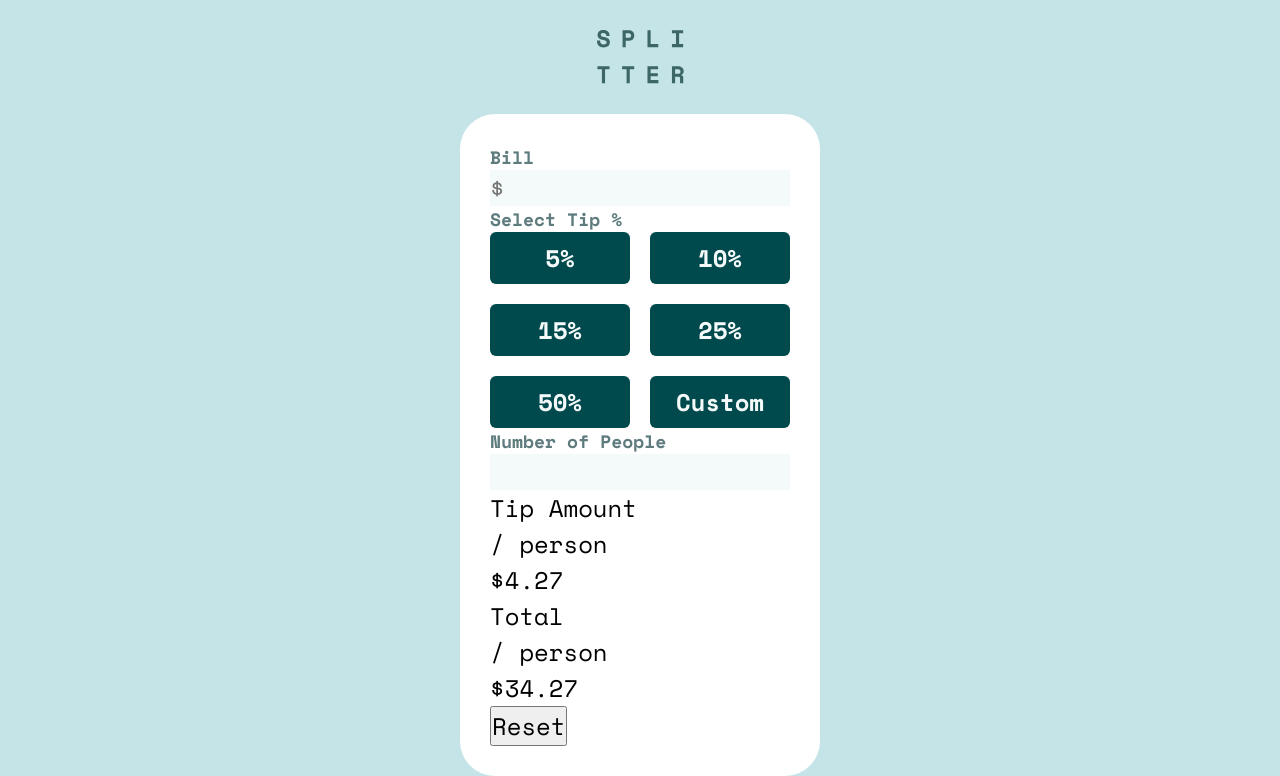
Repository: tomas938/tipcalculator
Page: /
An editor plug-in stored every save of this project. The page is shown before and after the next save, followed by the edit.
The browser window is 1280 px wide. The pictures show the whole page.
The project was rebuilt for these pictures with package versions that can differ from the ones it lists, and the page was loaded fresh each time.

Above is the page before, as saved 2021-08-03 22:30:53.

After the next save:
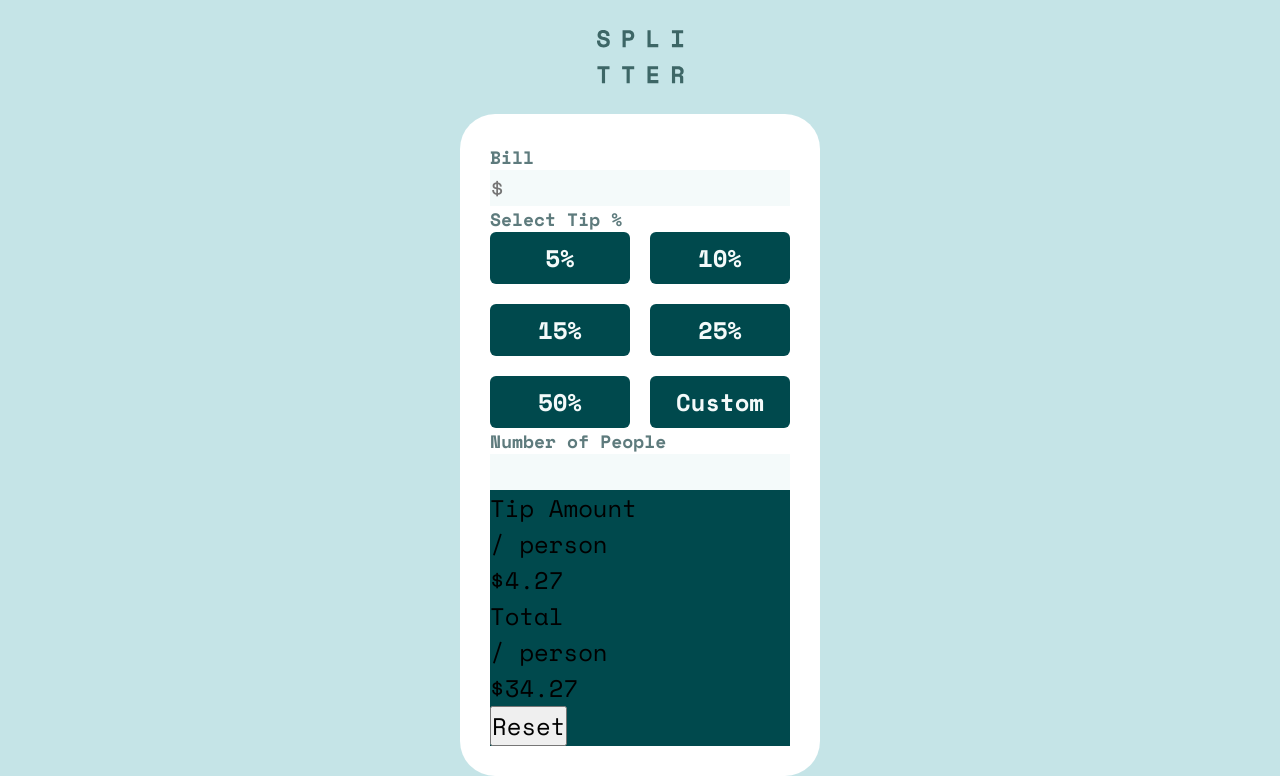
Saved 6 s later.
--- a/src/components/Splitter.vue
+++ b/src/components/Splitter.vue
@@ -82,7 +82,7 @@ export default {};
 		}
 	}
 	&__result {
-		border-color: hsl(183, 100%, 15%);
+		background-color: hsl(183, 100%, 15%);
 	}
 }
 svg {
